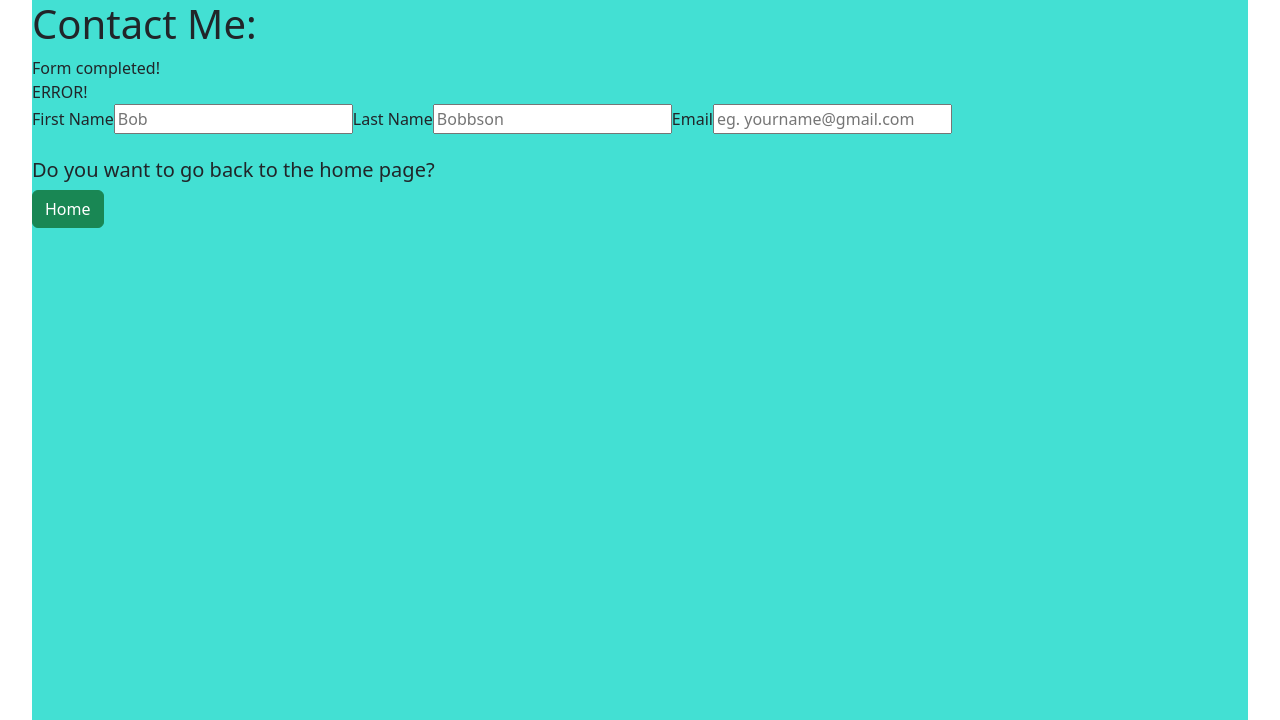
Repository: collegedude9300/zenstationnext
Page: /Contact
An editor plug-in stored every save of this project. The page is shown before and after the next save, followed by the edit.
The browser window is 1280 px wide. The pictures show the whole page.
The project was rebuilt for these pictures with package versions that can differ from the ones it lists, and the page was loaded fresh each time. The framework's server and built-in components were replaced by stand-ins that run in the browser. Also part of the build but not shown: next.config.js.

Above is the page before, as saved 2022-10-13 17:32:21.

After the next save:
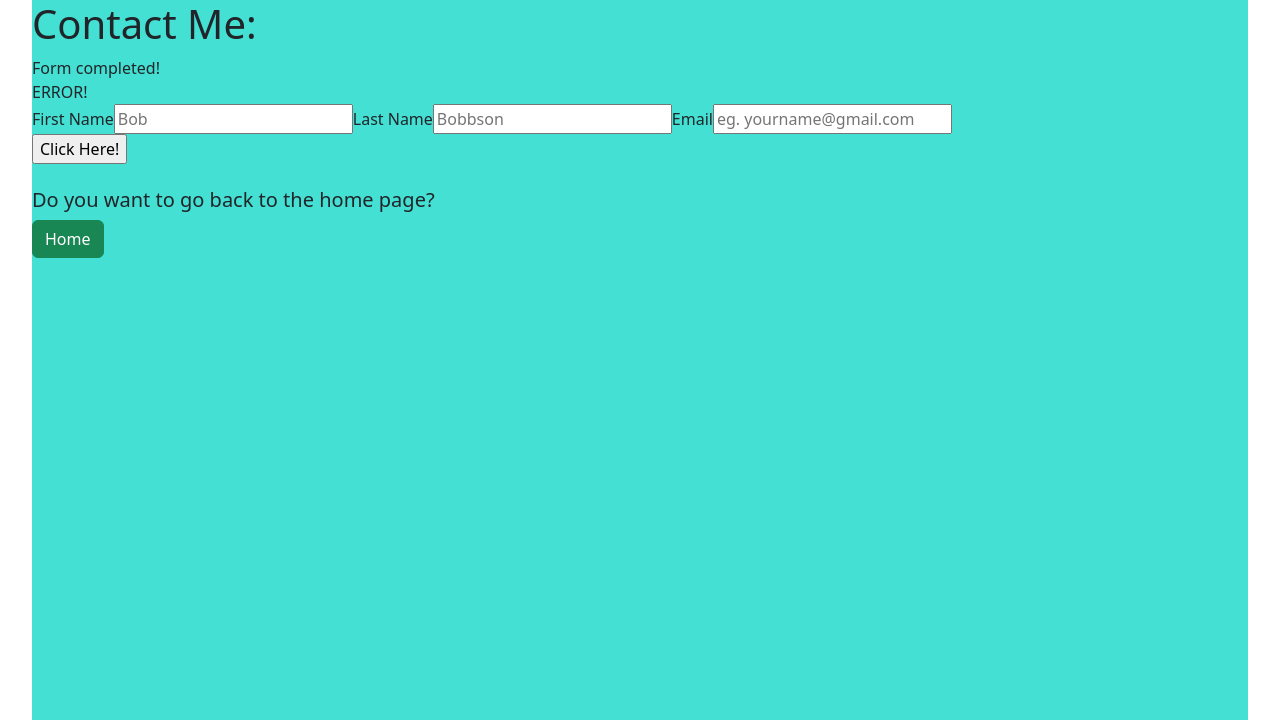
Saved 2 min 49 s later.
--- a/pages/Contact.js
+++ b/pages/Contact.js
@@ -36,6 +36,7 @@ return (
                 <input type="text" name="email" id="email" placeholder="eg. yourname@gmail.com"/>
 </div>
 </div>
+<input type="submit" value="Click Here!"></input>
     </form>
     <br/>
     <h5>Do you want to go back to the home page?</h5>
